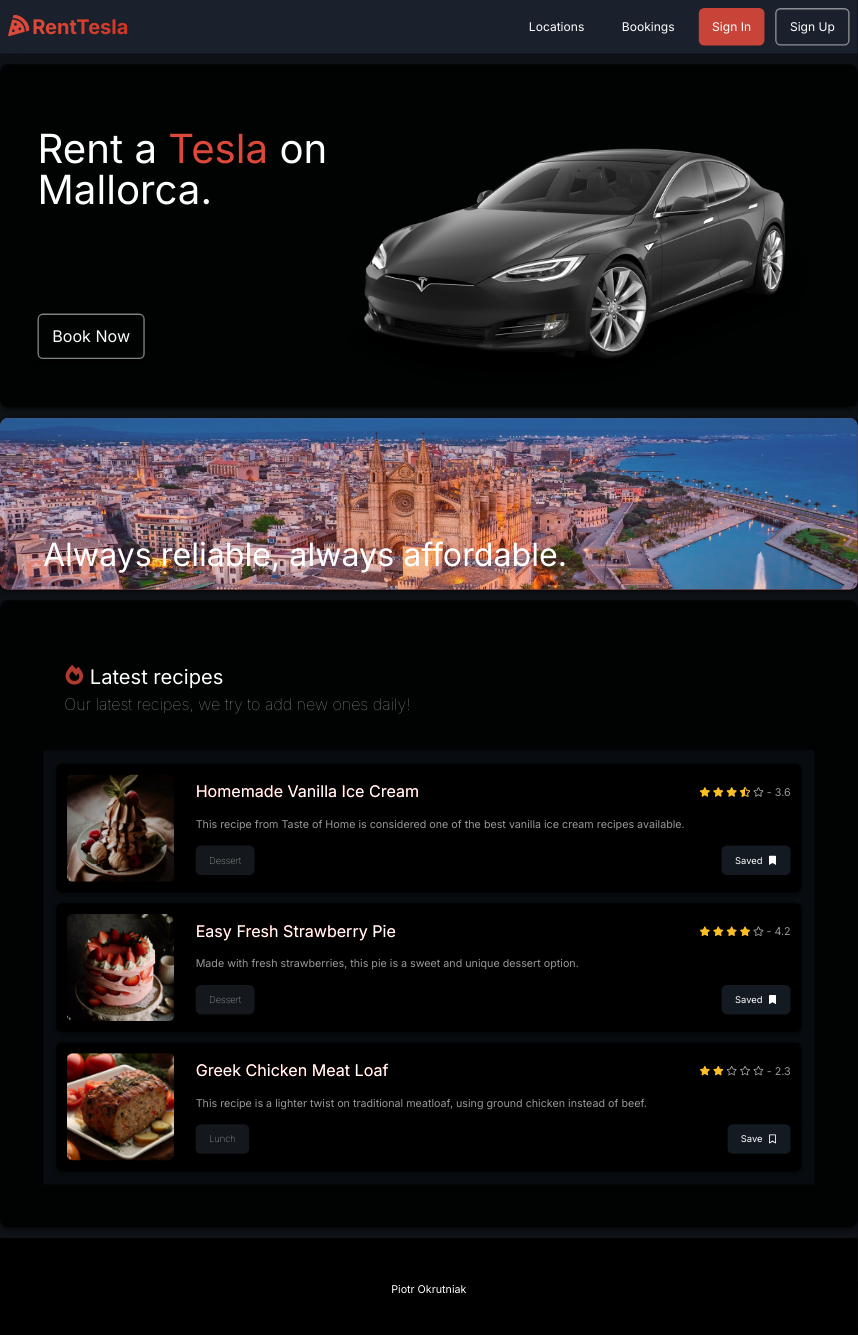
Repository: piotrokrutniak/RentallApp.UI
Page: /
These files come from the project's save history. The page is drawn as it stood at one moment and after the next save; the edit follows.
The browser window is 1280 px wide. The pictures show the whole page, at 67% of full size.
The project was rebuilt for these pictures with package versions that can differ from the ones it lists, and the page was loaded fresh each time. The framework's server and built-in components were replaced by stand-ins that run in the browser. Also part of the build but not shown: next.config.js.

Above is the page before, as saved 2023-10-05 21:14:07.

### src/app/layout.tsx
import './globals.css'
import type { Metadata } from 'next'
import { Inter } from 'next/font/google'
import NavBar from './components/navbar/navbar'
import Footbar from './components/footbar/footbar'

const inter = Inter({ subsets: ['latin'] })

export const metadata: Metadata = {
  title: 'Recipefy',
  description: 'Website with the tastiest recipes!',
}

export default function RootLayout({
  children,
}: {
  children: React.ReactNode
}) {
  return (
    <html lang="en">
      <body className={`${inter.className} bg-black`}>
        <div className="bg-slate-600/20 min-h-screen pb-4">
        <NavBar/>
        {children}
        </div>
        <Footbar/>
      </body>
    </html>
  )
}

### src/app/page.tsx
import Image, { StaticImageData } from 'next/image'
import { FaMugHot, FaCookieBite, FaHamburger, FaFireAlt, FaBookmark, FaRegBookmark } from 'react-icons/fa'
import CookingSvg from './components/svgComponents/CookingSvg'
import Rating from './components/generic/rating'
import Button from './components/generic/button'
import tesla from '../../public/media/tesla-mirrored.png'
import lunch from '../../public/media/mallorca-view.jpg'
import dessert from '../../public/media/dessert.jpg'
import strawberryCake from '../../public/media/recipes/strawberryCake.jpg'
import greekMeatLoaf from '../../public/media/recipes/greekMeatLoaf.jpg'
import vanillaIceCream from '../../public/media/recipes/vanillaIceCream.jpg'
import { useState } from 'react'
import { RecipeListing } from './components/generic/recipeListing'
import { Input } from 'postcss'
import SearchBar from './components/generic/searchBar'

export default function Home() {
  return (
    <main className="flex flex-col m-auto gap-4">
      <section id="header-section" className='max-w-7xl bg-black/90 m-auto w-full px-14 py-8 rounded-xl mt-4 shadow-md shadow-black/40'>
        <div className="sm:p-8 pb-14 flex justify-between">

        </div>
        <div className='w-full flex justify-between'>
          <div className="flex flex-col gap-10 justify-between pb-10 text-white">
          <h1 className="text-5xl md:text-6xl"> Rent a <span className="text-vermilion-400">Tesla</span> on Mallorca. </h1>
          <Button className="w-fit py-4 rounded-lg shadow-md shadow-black hover:bg-vermilion-500 bg-transparent capitalize border-white/50 hover:border-vermilion-500 border-2 text-2xl">
            Book Now
          </Button>
          </div>
          <div className="relative w-full h-96 left-0 flex gap-10 pt-3 overflow-x-auto m-auto justify-around select-none pb-10">
              <Image src={tesla} layout="fill" objectFit="contain" alt="Breakfast Photo" className="h-96 group-hover:opacity-50"/>

          </div>
        </div>
      </section>

      <section id="searchbar-section" className='overflow-clip max-w-7xl relative bg-red-400/80 px-7 h-64 m-auto w-full  p-8 sm:px-16 rounded-xl shadow-md shadow-black/40 flex-col'>
        <Image src={lunch} layout="fill" objectFit="cover" alt="Breakfast Photo" className="w-full opacity-80 group-hover:opacity-50"/>
        <h1 className="absolute text-5xl z-10 text-white bottom-0 pb-7">Always reliable, always affordable.</h1>
      </section>

      <section id="top-picks-section" className='max-w-7xl bg-black/90 m-auto w-full sm:p-8 rounded-xl shadow-md shadow-black/40 flex-col'>
        <div className="lg:p-8 pb-14 flex flex-col gap-5">
          <div className="p-8">
            <h1 className="text-3xl text-white flex gap-2 pb-2" > <FaFireAlt className="opacity-80 fill-vermilion-400"/> Latest recipes</h1>
            <p className="text-2xl font-thin text-white/60 flex gap-2" > Our latest recipes, we try to add new ones daily!</p>
          </div>
          <div className="w-full h-fit p-5 bg-slate-800/25 flex flex-col gap-4">
            <RecipeListing title="Homemade Vanilla Ice Cream"
              desc="This recipe from Taste of Home is considered one of the best vanilla ice cream recipes available."
              image={vanillaIceCream}
              rating={3.6}
              saved={true}
              tags={["Dessert"]}/>
            <RecipeListing title="Easy Fresh Strawberry Pie"
              desc="Made with fresh strawberries, this pie is a sweet and unique dessert option."
              image={strawberryCake}
              rating={4.2}
              saved={true}
              tags={["Dessert"]}/>
            <RecipeListing title="Greek Chicken Meat Loaf"
              desc="This recipe is a lighter twist on traditional meatloaf, using ground chicken instead of beef."
              image={greekMeatLoaf}
              rating={2.3}
              saved={false}
              tags={["Lunch"]}/>
          </div>
        </div>
      </section>
    </main>
  )
}

### src/app/globals.css
@tailwind base;
@tailwind components;
@tailwind utilities;

:root {}

@media (prefers-color-scheme: dark) {
  :root {}
}

body {}

### src/app/components/navbar/navbar.tsx
"use client"

import { FaPizzaSlice, FaBars } from "react-icons/fa"
import { BsX } from "react-icons/bs"
import Button from "../generic/button"
import { useState } from "react"
import Link from "next/link"


export default function NavBar(){
    const [showMobile, setShowMobile] = useState(false)

    return(
        <div className="bg-black/80 sticky top-0 z-20 backdrop-blur-xl">
            <div className="w-full flex bg-slate-700/50 ">
                <div className="p-3 m-auto w-full flex max-w-7xl justify-between items-center">
                    <Link href="/">
                    <div className="flex gap-1 h-fit select-none cursor-pointer active:opacity-80 hover:border-b-2 hover:pb-1 active:pb-0
                            border-opacity-0 border-vermilion-400 hover:border-opacity-100 border-b-0 transition-all">
                        <FaPizzaSlice className="h-full w-8 fill-vermilion-400"/>
                        <h1 className="text-3xl font-bold text-transparent bg-clip-text bg-gradient-to-r from-vermilion-400 to-vermilion-500">RentTesla</h1>
                    </div>
                    </Link>
                    <div className="hidden text-lg gap-4 md:flex">
                        <Button className="text-white bg-transparent active:bg-slate-100/5 hover:bg-slate-100/5 shadow-black/40 hover:shadow-md"
                            onClick={undefined}>
                            Locations
                        </Button>
                        <Button className="text-white bg-transparent active:bg-slate-100/5 hover:bg-slate-100/5 shadow-black/40 hover:shadow-md"
                            onClick={undefined}>
                            Bookings
                        </Button>
                        <Button className="text-white bg-vermilion-400 shadow-black/40 hover:shadow-md"
                            onClick={undefined}>
                            Sign In
                        </Button>
                        <Button className="text-white bg-transparent capitalize border-2 border-white/50 hover:border-vermilion-400 hover:text-vermilion-400
                            active:opacity-80 shadow-black/40 hover:shadow-md"
                            onClick={undefined}>
                            Sign Up
                        </Button>
                    </div>
                    <div className="md:hidden">
                        <FaBars className="h-10 w-10 fill-white cursor-pointer hover:fill-vermilion-400 active:opacity-80" onClick={() => setShowMobile(true)}/>
                    </div>
                    <div className={`${showMobile ? "" : "translate-x-full"} absolute w-screen h-screen bg-black left-0 top-0 md:hidden transition-all z-50 ease-in-out`}>
                    <div id="mobile-header" className="flex flex-row-reverse w-full">
                        <BsX className="fill-white w-16 h-16 cursor-pointer hover:fill-vermilion-400" onClick={() => setShowMobile(false)}/>
                    </div>
                    <div id="mobile-body">XDDDDDDDDDDDDDDDDD</div>
                    </div>
                </div>
            </div>
        </div>
    )
}

### src/app/components/footbar/footbar.tsx
export default function Footbar(){
    return(
        <div className="w-full h-20 bg-black mt-16 text-center text-white">
            Piotr Okrutniak
        </div>
    )
}

### src/app/components/generic/button.tsx
import { MouseEventHandler } from "react";

export default function Button({ children, className, onClick, disabled } : { children: React.ReactNode, className: string, onClick: undefined | MouseEventHandler<HTMLButtonElement>, disabled?: boolean }){
    return(
        <button className={`${className} px-5 py-3 rounded-lg bg-blue-500 bg-opacity-90 active:bg-opacity-80 hover:bg-opacity-100 cursor-pointer transition-all flex items-center gap-2 place-items-center`}
            onClick={onClick}
            disabled={disabled}>
            {children}
        </button>
    )
}

### src/app/components/generic/recipeListing.tsx
"use client";
import Image, { StaticImageData } from "next/image"
import Rating from "./rating"
import Button from "./button"
import { FaMugHot, FaCookieBite, FaHamburger, FaFireAlt, FaBookmark, FaRegBookmark } from 'react-icons/fa'
import { useState } from "react"

export function RecipeListing({rating = 0, title, desc, tags, image, saved,}:
    {rating: number | undefined, title: string | undefined, desc: string | undefined, tags: string[], image: StaticImageData | string, saved: boolean }){
      const [isSaved, setSaved] = useState(saved)

      return(
        <div className="w-full p-4 md:h-48 bg-black hover:bg-slate-500/20 rounded-lg shadow-md shadow-black/40 flex flex-col md:flex-row md:justify-between gap-8 items-center text-white group">
          <div className='h-64 w-full md:w-40 md:h-40 shrink-0 rounded-lg overflow-hidden relative cursor-pointer'>
            <Image src={image} layout="fill" objectFit="cover" alt="Breakfast Photo"/>
          </div>
          <div className="h-fit w-full items-center">
            <div className="flex justify-between items-center">
              <h1 className="text-2xl cursor-pointer bg-clip-text hover:text-transparent bg-gradient-to-r from-vermilion-500 to-vermilion-400">{title ?? "Recipe Name"}</h1>
              <Rating rating={rating}/>
            </div>
            <div className="flex justify-between items-center pt-5">
              <p className="text-white/60">{desc ?? "Description"}</p>
            </div>
            <div className="flex justify-between items-center pt-5">
              {tags.map(x => <Button className="bg-slate-500/20 hover:bg-slate-500/40 text-sm font-thin py-1" onClick={undefined}>{x}</Button>)}
              <Button className="bg-slate-700/40 hover:bg-vermilion-500/90 active:opacity-80 text-sm font-normal py-1 transition-all flex items-center gap-2"
                onClick={() => setSaved(x => !x)}>
                {isSaved ? <>Saved <FaBookmark/></> : <>Save <FaRegBookmark/></>}
                </Button>
            </div>
          </div>
        </div>
      )
  }

### src/app/components/generic/rating.tsx
import { FaStar, FaStarHalf, FaStarHalfAlt, FaRegStar} from 'react-icons/fa'
import { IconType } from 'react-icons'

export default function Rating({rating = 0,}: {rating: number | undefined | void}){
    const defaultRating: boolean[] = [false, false, false, false, false]

    const initRating: number = rating

    const ratings: React.JSX.Element[] = []

    for(let i: number = 0; i < 5; i++){
        rating >= 1 ?  ratings.push(<Star filled={true}/>) : ratings.push(rating >= 0.5 ? <HalfStar/> : <Star filled={false}/>)
        rating -= 1;
    }



    return(
        <div className="flex gap-1 items-center shrink-0 text-white/60">
            {ratings} - {initRating}
        </div>
    )
}

function Star({filled = false,}: {filled: boolean}){
    return filled ? <FaStar className="fill-amber-400"/> : <FaRegStar/>
}

function HalfStar(){
    return <FaStarHalfAlt className="fill-amber-400"/>
}

### tailwind.config.js
/** @type {import('tailwindcss').Config} */
module.exports = {
  content: [
    './src/pages/**/*.{js,ts,jsx,tsx,mdx}',
    './src/components/**/*.{js,ts,jsx,tsx,mdx}',
    './src/app/**/*.{js,ts,jsx,tsx,mdx}',
  ],
  theme: {
    extend: {
      backgroundImage: {
        'gradient-radial': 'radial-gradient(var(--tw-gradient-stops))',
        'gradient-conic':
          'conic-gradient(from 180deg at 50% 50%, var(--tw-gradient-stops))',
      },
      height:{
        '112': '28rem',
        '128': '32rem',
      },
      width:{
        '112': '28rem',
        '128': '32rem',
      },
      colors:{
        "emerald":{
          "50": "#b0fde8",
          "100": "#60FBD2",
          "200": "#24F9C1",
          "400": "#06EFB1",
          "500": "#06d6a0",
        },
        "paygray":{
          "50": "#CED9DE",
          "100": "#aabcc5",
          "200": "#7996A4",
          "400": "#638292",
          "500": "#5A7684",
        },
        "vermilion":{
          "50": "#f0afa8",
          "100": "#ea8f85",
          "200": "#E06052",
          "400": "#dc493a",
          "500": "#d03625",
        },

      },
      minWidth:{
        'mobile': '360px',
        '54': '258px',
      },
      screens:{
        'xs': '580px',
        '850': '850px',
      },
    },
  },
  plugins: [],
}

After the next save:
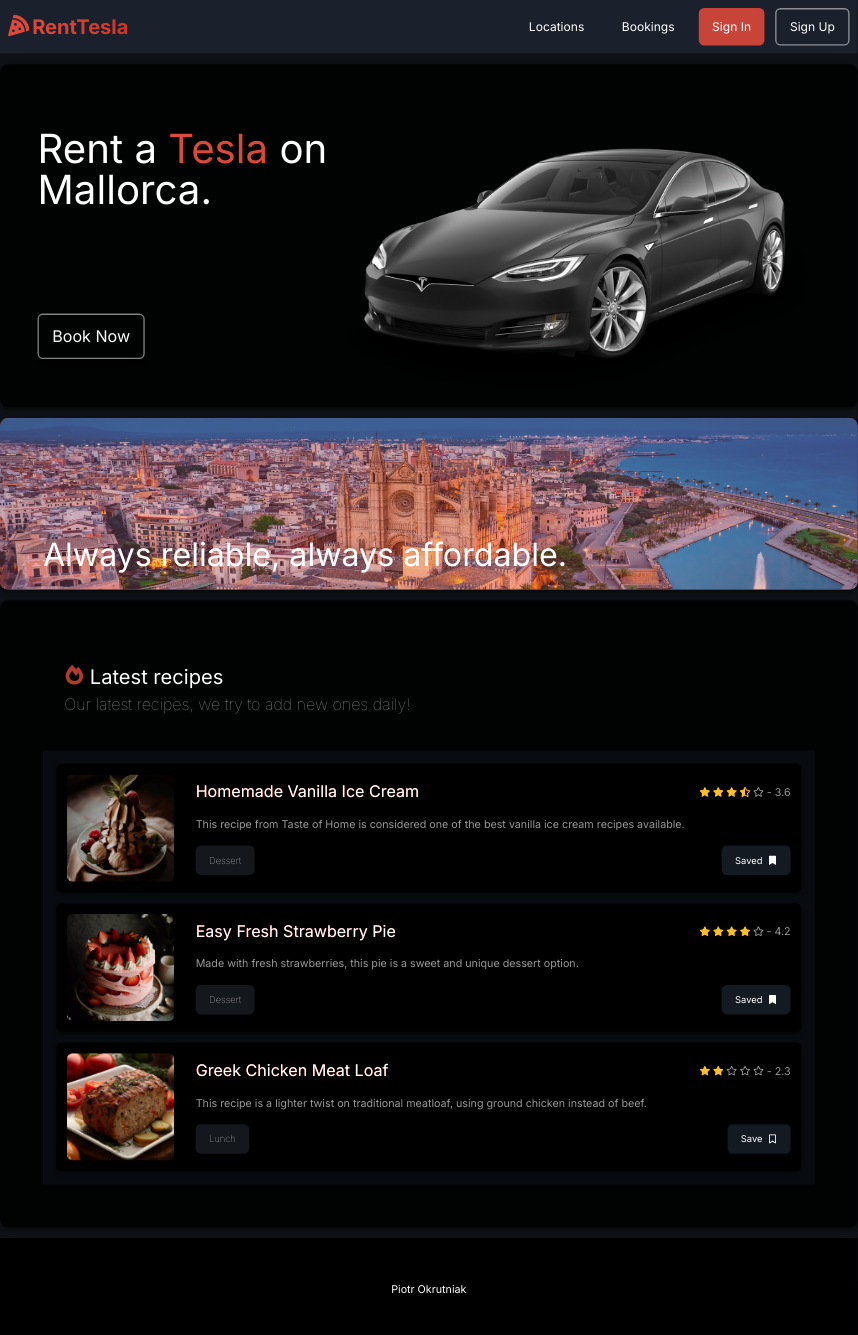
Saved 14 s later.
--- a/src/app/page.tsx
+++ b/src/app/page.tsx
@@ -36,7 +36,7 @@
       </section>
 
       <section id="searchbar-section" className='overflow-clip max-w-7xl relative bg-red-400/80 px-7 h-64 m-auto w-full  p-8 sm:px-16 rounded-xl shadow-md shadow-black/40 flex-col'>
-        <Image src={lunch} layout="fill" objectFit="cover" alt="Breakfast Photo" className="w-full opacity-80 group-hover:opacity-50"/>
+        <Image src={lunch} layout="fill" objectFit="cover" alt="Breakfast Photo" className="w-full opacity-70 group-hover:opacity-50"/>
         <h1 className="absolute text-5xl z-10 text-white bottom-0 pb-7">Always reliable, always affordable.</h1>
       </section>
 
